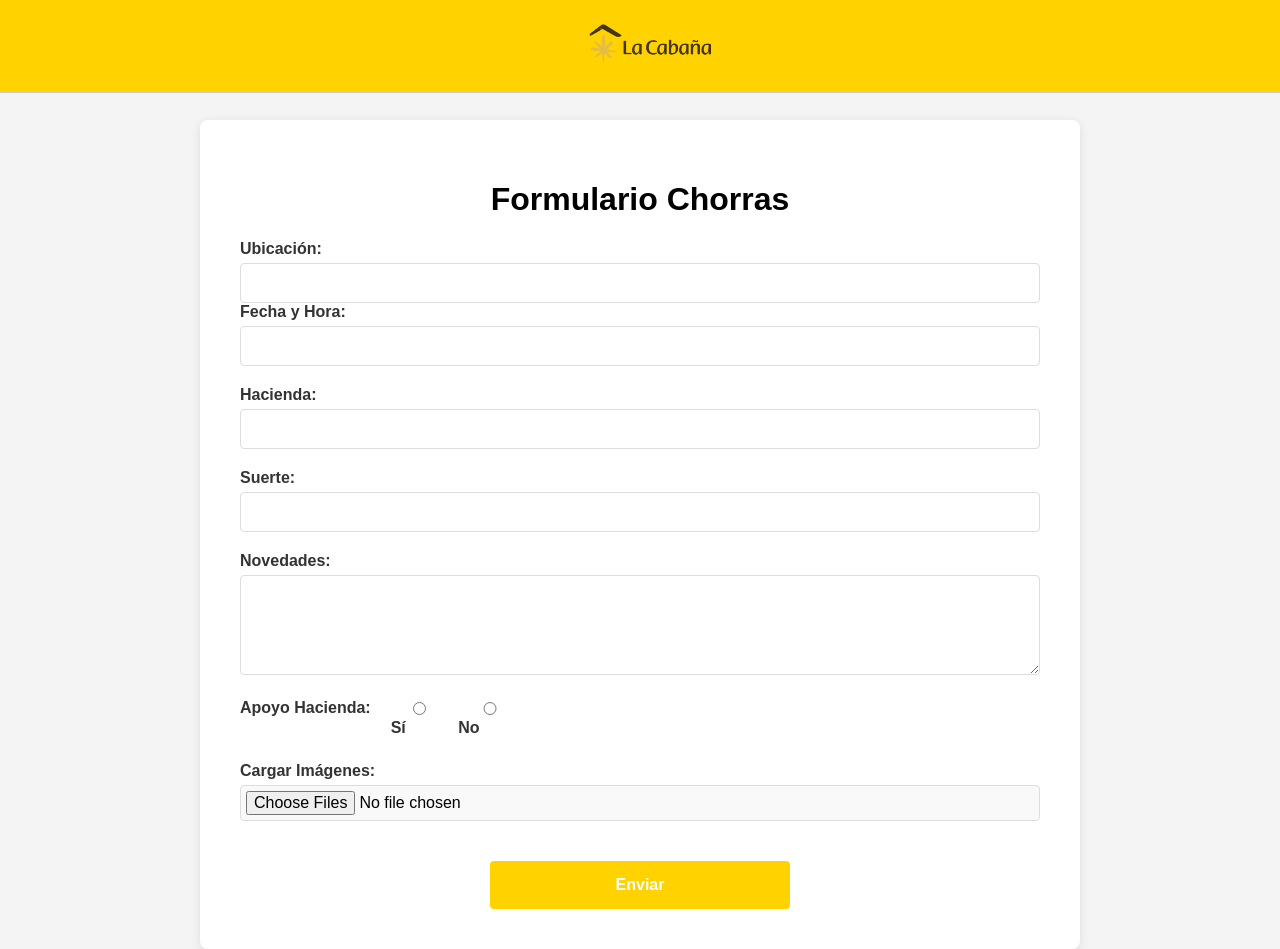
Repository: tayuanlogua/prototipo-de-control-de-accesos
Page: Patrullas/src/chorras.html
These files come from the project's save history. The page is drawn as it stood at one moment and after the next save; the edit follows.
The browser window is 1280 px wide. The pictures show the whole page.

Above is the page before, as saved 2024-08-21 15:36:59.

After the next save:
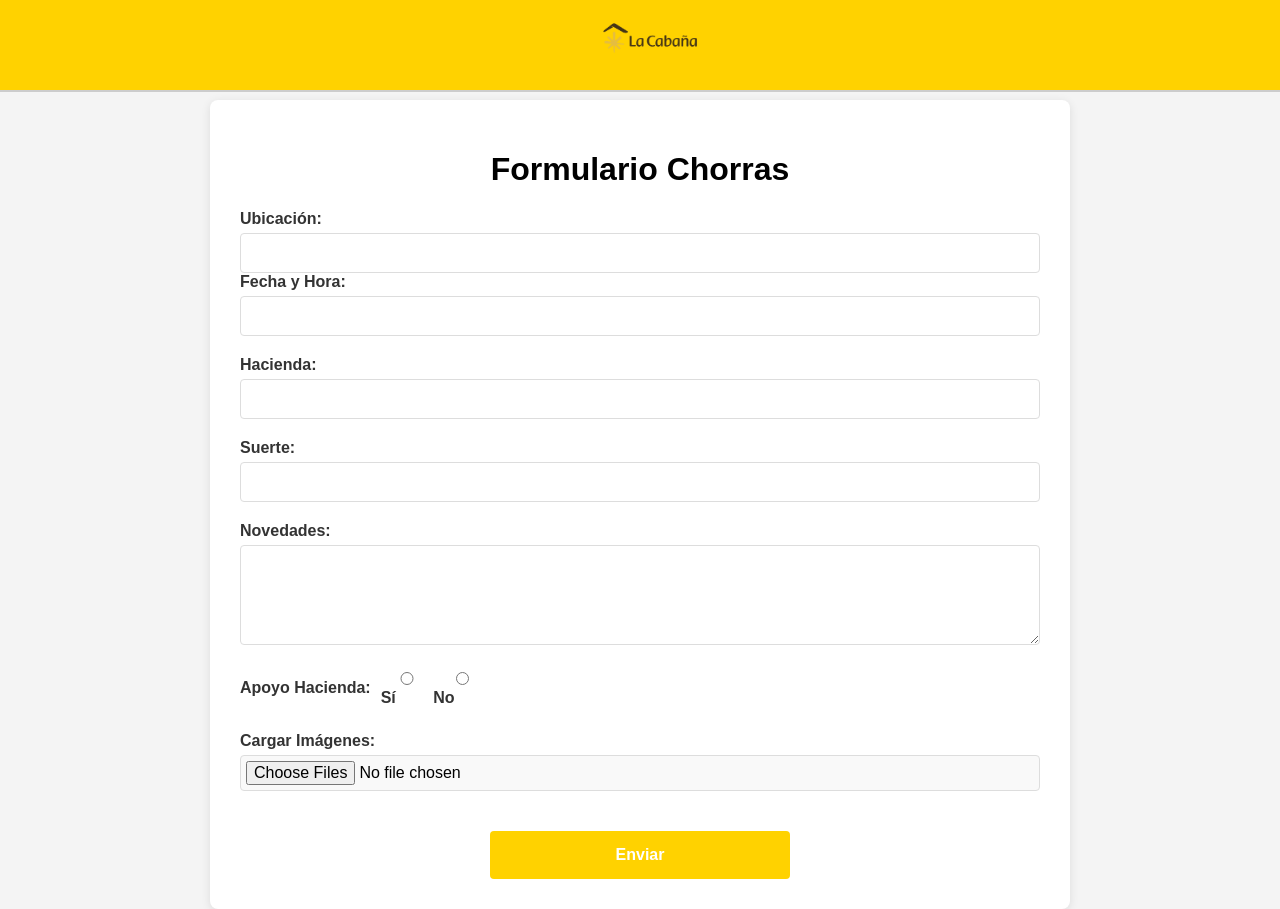
Saved 4 min 6 s later.
--- a/Patrullas/src/styles.css
+++ b/Patrullas/src/styles.css
@@ -27,19 +27,21 @@
   border-bottom: 2px solid #ccc;
 }
 
-/* Estilo para el logo */
+/* Estilo para el logo en el header */
 .logo {
-  width: 130px;
+  width: 100px;
+  margin-bottom: 10px;
 }
 
 /* Estilos para el contenedor principal del formulario */
 .container {
   background-color: #fff;
-  padding: 40px;
+  padding: 30px;
   border-radius: 8px;
   box-shadow: 0 2px 10px rgba(0, 0, 0, 0.1);
-  margin-top: 120px;
-  width: 100%;
+  margin-top: 100px; /* Ajuste del margen superior */
+  text-align: center;
+  width: 80%;
   max-width: 800px;
 }
 
@@ -57,7 +59,7 @@
   margin-bottom: 5px;
 }
 
-/* Estilos para los inputs */
+/* Estilos para los inputs y textarea */
 .form-group input,
 .form-group textarea {
   width: 100%;
@@ -68,24 +70,23 @@
   box-sizing: border-box;
 }
 
-/* Estilo para el textarea */
 .form-group textarea {
   height: 100px;
   resize: vertical;
 }
 
-/* Estilos para el grupo de radios */
+/* Estilos para los botones de radio */
 .radio-group {
   display: flex;
-  gap: 20px;
+  gap: 10px;
+  align-items: center;
 }
 
-/* Estilos para los botones de radio */
 .radio-group input[type="radio"] {
-  margin-right: 10px;
+  margin-right: 5px;
 }
 
-/* Estilo para el botón de enviar */
+/* Estilos para el botón de enviar */
 button[type="submit"] {
   padding: 15px;
   background-color: #ffd200;
@@ -105,7 +106,7 @@
   background-color: #003399;
 }
 
-/* Estilo para el contenedor de archivos */
+/* Estilos para el campo de carga de imágenes */
 .form-group #images {
   padding: 5px;
   border: 1px solid #ddd;
@@ -113,7 +114,7 @@
   background-color: #f9f9f9;
 }
 
-/* Estilo para el div oculto que se mostrará al seleccionar una opción */
+/* Estilo para el div oculto que se mostrará según la opción seleccionada */
 #support-name-group {
   display: none;
 }
